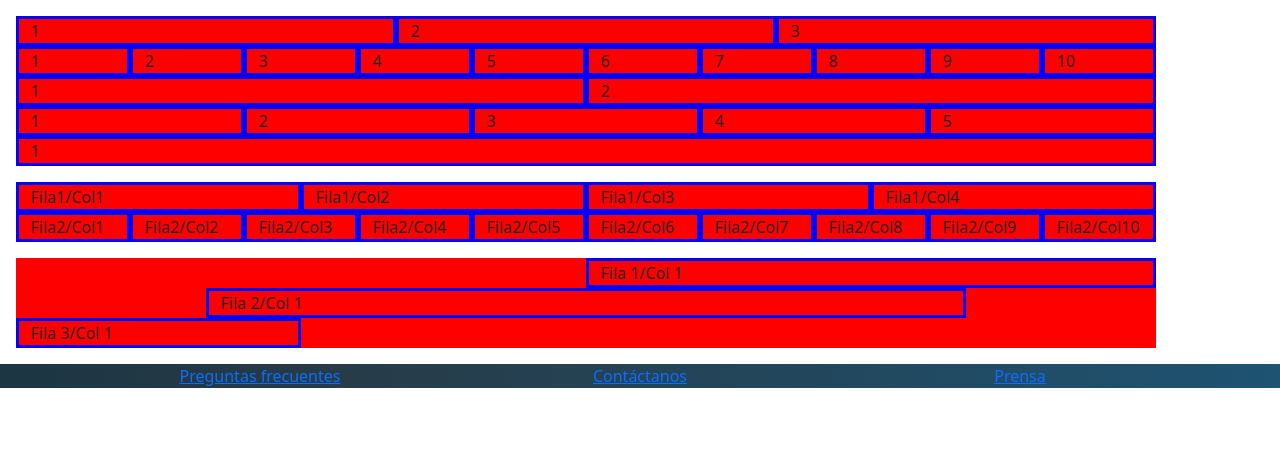
Repository: alexvl06/alexvl06.github.io
Page: index.html
These files come from the project's save history. The page is drawn as it stood at one moment and after the next save; the edit follows.
The browser window is 1280 px wide. The pictures show the whole page.

Above is the page before, as saved 2022-07-11 08:48:20.

After the next save:
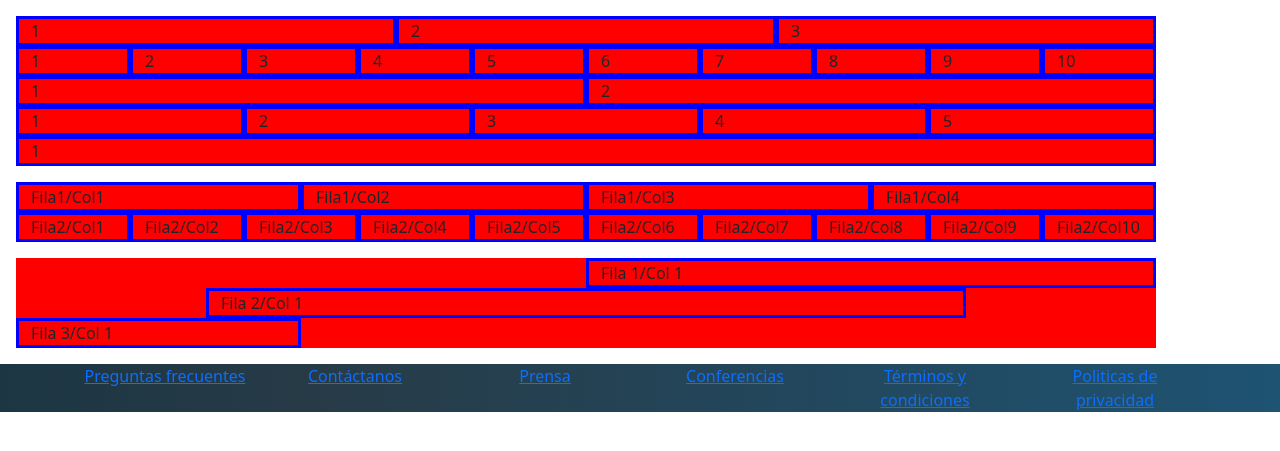
Saved 2 min 9 s later.
--- a/index.html
+++ b/index.html
@@ -118,6 +118,15 @@
           <div class="col-12 col-lg">
             <a href="#">Prensa</a>
           </div>
+          <div class="col-12 col-lg">
+            <a href="#">Conferencias</a>
+          </div>
+          <div class="col-12 col-lg">
+            <a href="#">Términos y condiciones</a>
+          </div>
+          <div class="col-12 col-lg">
+            <a href="#">Politicas de privacidad</a>
+          </div>
         </div>
       </div>
     </footer>
